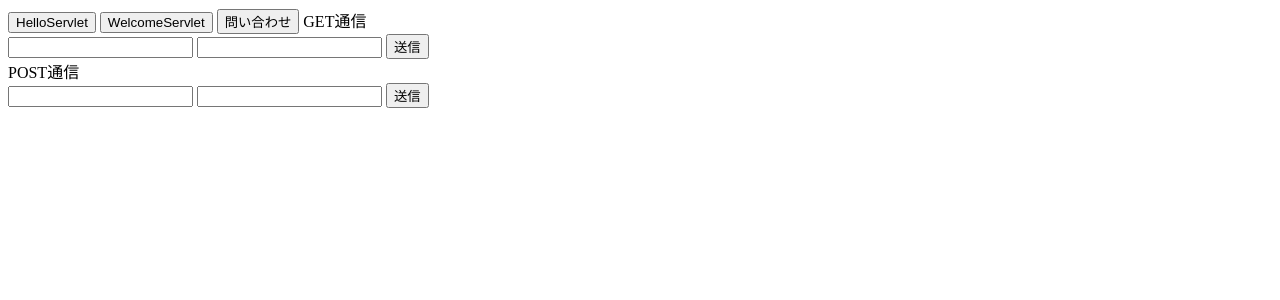
Repository: naoshima1109/test
Page: http://localhost/HelloServlet/
The author's editor kept a copy of each file at every save. The page is drawn from the files as they stood at one save, then again after the next save.
The browser window is 1280 px wide. The pictures show the whole page.
The page is served by Tomcat 9.

Above is the page before, as saved 2019-04-25 07:44:34.

After the next save:
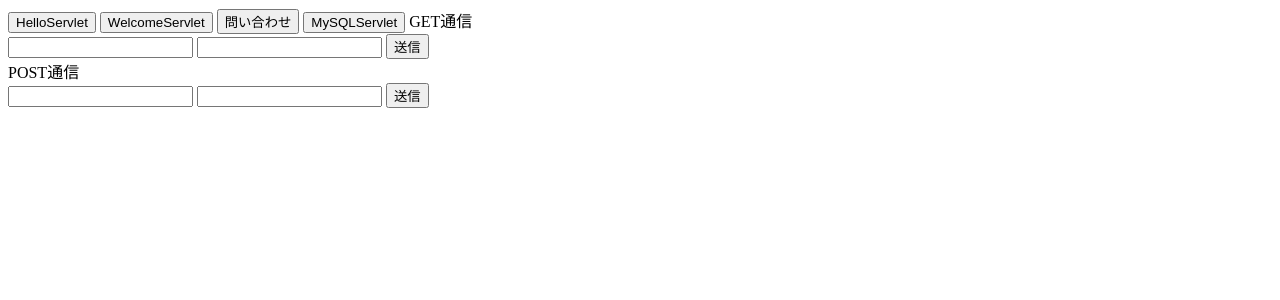
Saved 37 min 14 s later.
--- a/HelloServlet/WebContent/index.jsp
+++ b/HelloServlet/WebContent/index.jsp
@@ -11,6 +11,7 @@ pageEncoding="UTF-8" %>
 <input type="button" value="HelloServlet" onClick="location.herf='HelloServlet'">
 <input type="button" value="WelcomeServlet" onClick="location.href='welcome.jsp'">
 <input type="button" value="問い合わせ" onClick="location.href='inquiry.jsp'">
+<input type="button" value="MySQLServlet" onClick="location.herf='MySQLServlet'">
 
 GET通信
 <form method="get" action="TestServlet">
